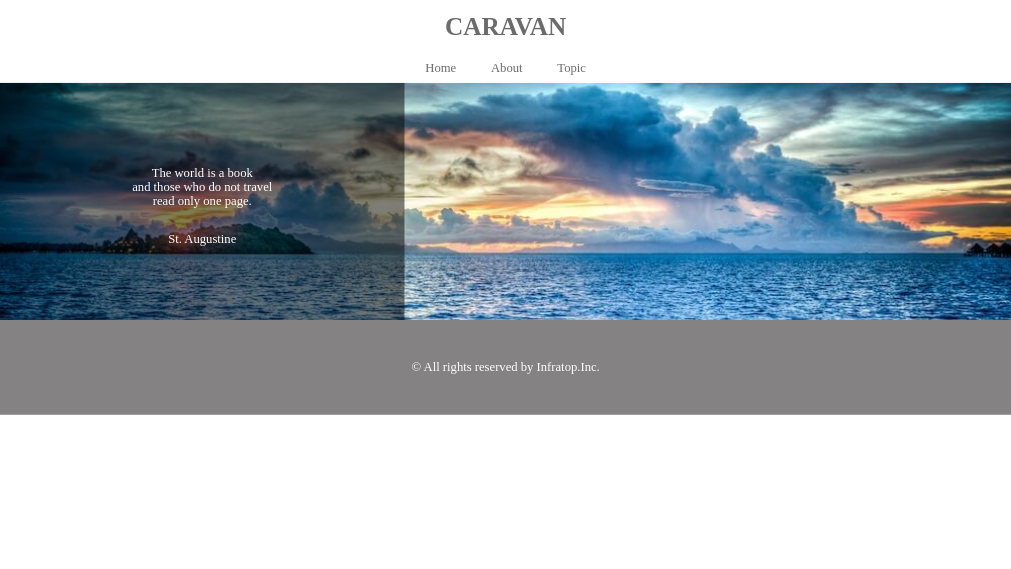
Repository: hayase-m/Webcamp
Page: caravan/index.html
The author's editor kept a record of every edit. The page is drawn from the files as they stood at one moment, then again after the next edit.
The browser window is 1280 px wide. The pictures show the whole page, at 79% of full size.

Above is the page before.

After the next edit:
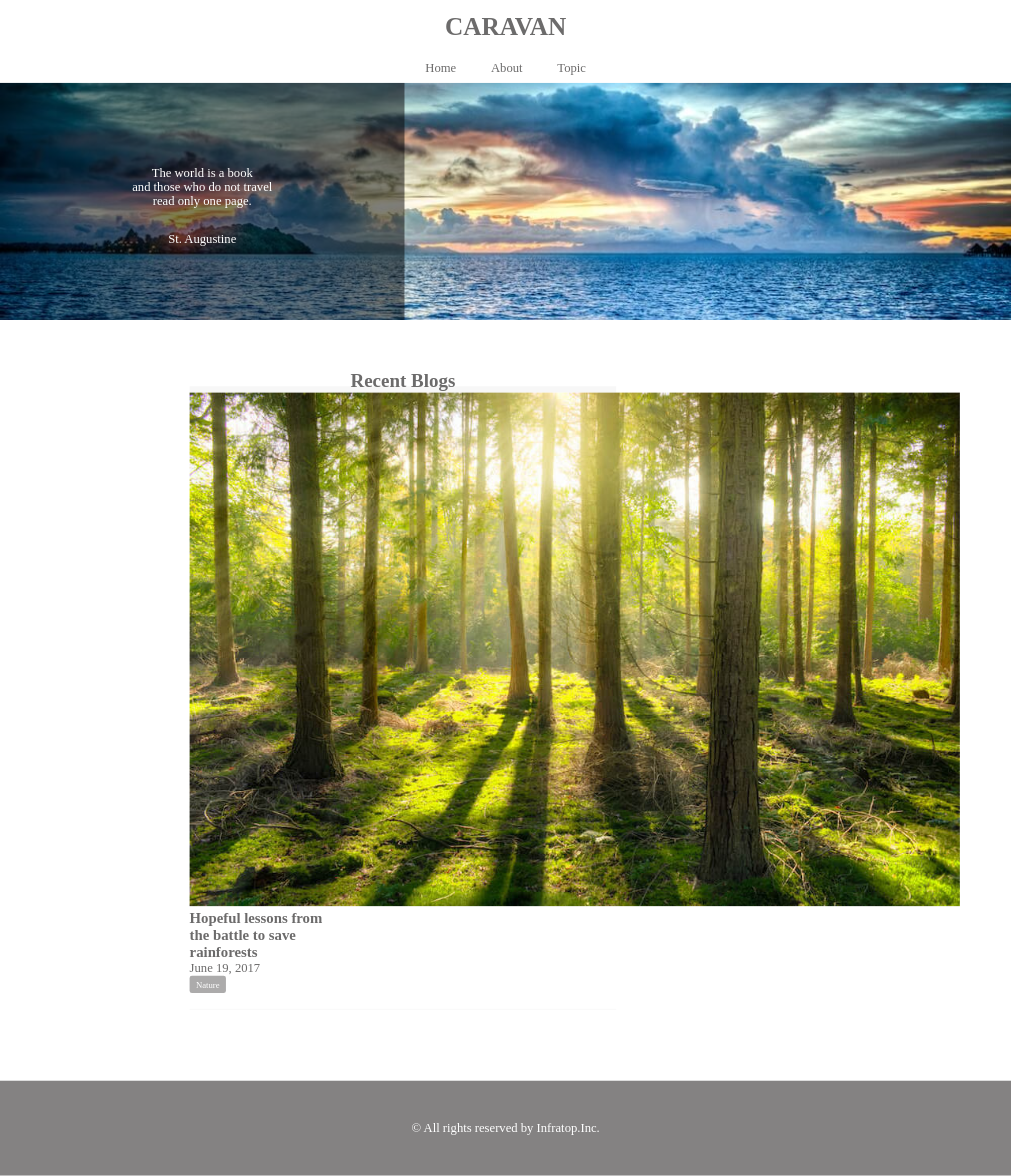
The edit:
--- a/caravan/index.html
+++ b/caravan/index.html
@@ -44,10 +44,26 @@
     </div>
 
     <!-- main用のdiv -->
-    <div class="main">
-      <div class="blog"></div>
+    <main>
+      <section class="blog">
+        <h2 class="blog-heading">Recent Blogs</h2>
+        <div class="blog-item">
+          <img class="blog-image" src="img/forest.jpg">
+          <section class="blog-text">
+            <h3>
+              <a href="single.html">
+                Hopeful lessons from<br>
+                the battle to save<br>
+                rainforests
+              </a>
+            </h3>
+            <p>June 19, 2017</p>
+            <span class="category">Nature</span>
+          </section>
+        </div>
+      </section>
       <div class="sidebar"></div>
-    </div>
+    </main>
 
     <!-- footer -->
     <footer>
